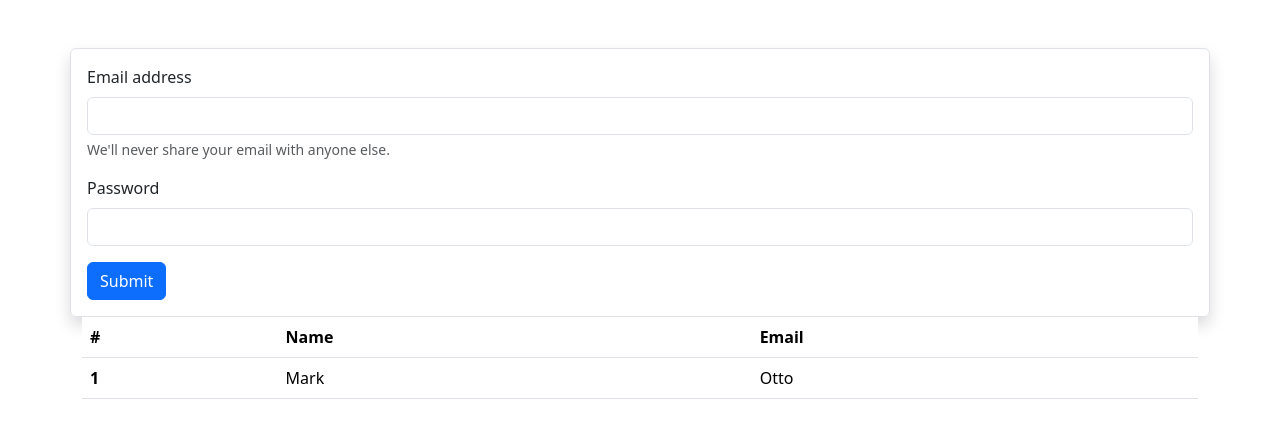
Repository: Ruddro420/laravel-curd-operation
Page: http://localhost/user
The author's editor kept a copy of each file at every save. The page is drawn from the files as they stood at one save, then again after the next save.
The browser window is 1280 px wide. The pictures show the whole page.
The page is served by the project's Laravel application, run on PHP 8.4 with Laravel 12. Queries for data that is not in the repository find no rows.

Above is the page before, as saved 2024-09-20 20:30:33.

After the next save:
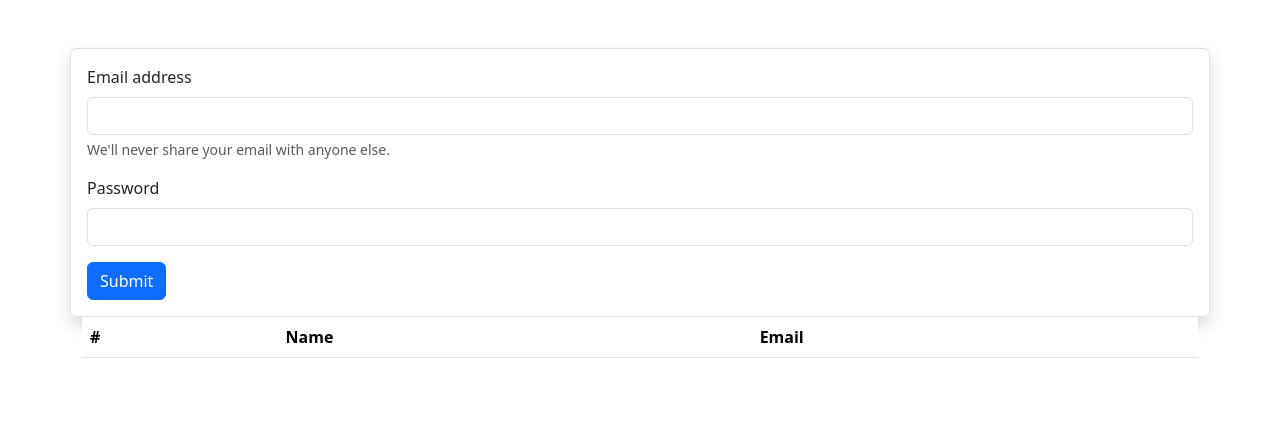
Saved 34 s later.
--- a/resources/views/home.blade.php
+++ b/resources/views/home.blade.php
@@ -42,11 +42,15 @@
                         </tr>
                     </thead>
                     <tbody>
+                        @foreach ($data as $key => $value)
+
+
                         <tr>
                             <th scope="row">1</th>
                             <td>Mark</td>
                             <td>Otto</td>
                         </tr>
+                        @endforeach
                     </tbody>
                 </table>
             </div>
